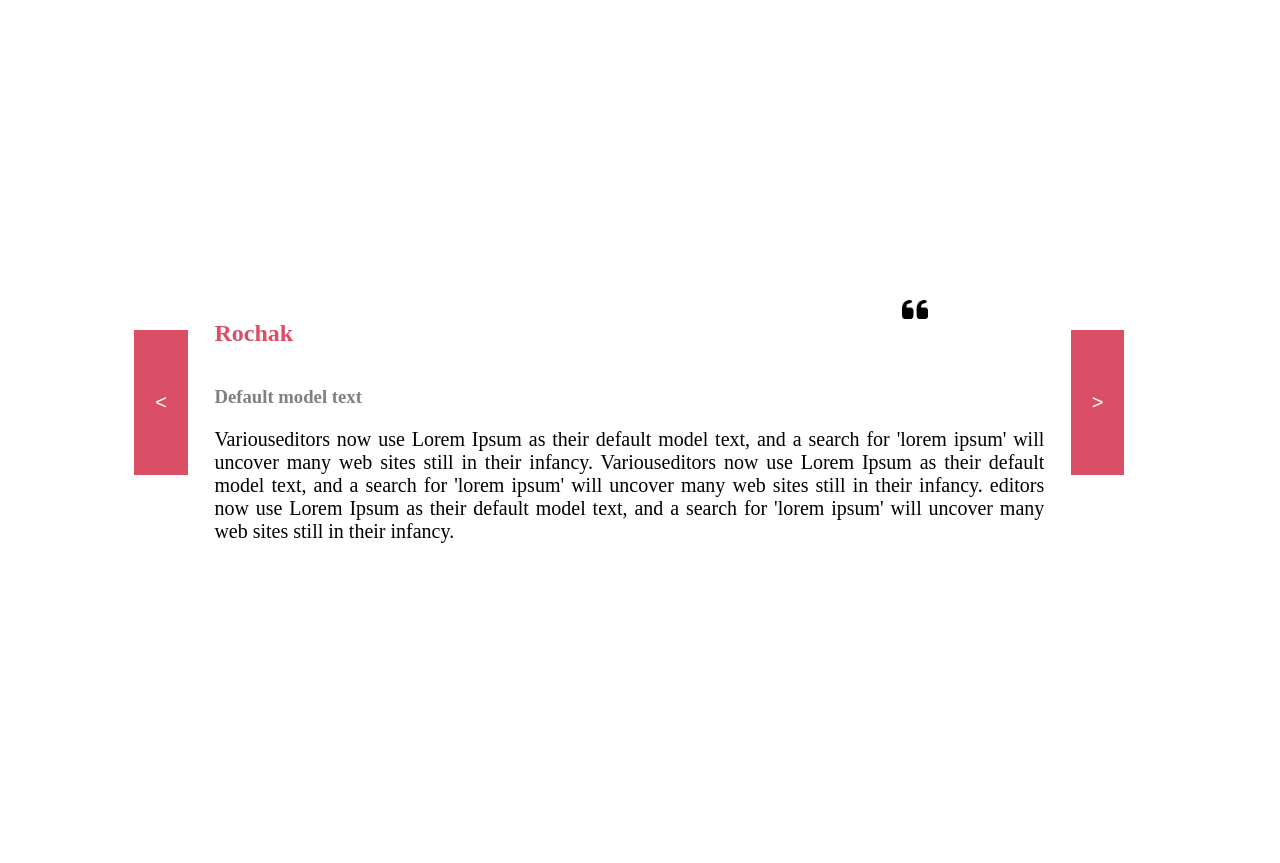
Repository: AVINKUMARP/gifts
Page: demo2.html
These files come from the project's save history. The page is drawn as it stood at one moment and after the next save; the edit follows.
The browser window is 1280 px wide. The pictures show the whole page.

Above is the page before, as saved 2023-08-24 14:09:10.

### demo2.html
<!DOCTYPE html>
<html lang="en">
<head>
    <meta charset="UTF-8">
    <meta name="viewport" content="width=device-width, initial-scale=1.0">
    <title>Document</title>
    <style>
        .container{
            display: flex;
            flex-wrap: wrap;
            text-align: center;
            margin: 300px 100px;
        }
        .cbutl{
            width: 10%;
        }
        .cpara{
            width: 78%;
        }
        .cbutr{
            width: 10%;
        }
        .csub{
            display: flex;
            flex-wrap: wrap;
            justify-content: space-between;
        }
        .cbutl button{
            background-color: #db4f66;
            color: white;
            border:1px solid #db4f66;
            padding: 60px 20px;
            font-size: 20px;
        }
        .cbutl{
            padding-top: 30px;
        }
        .csub h2{
            text-align: start;

        }
        .ch h2{
            color:#db4f66;
        }
        .cpara h3{
            color:gray;
        }
        .cpara h3{
            text-align: start;
        }
        .cpara p{
            text-align: justify;
            font-size: 20px;
        }
    </style>
</head>
<body>
    <div class="container">
        <div class="cbutl"><button><</button></div>
        <div class="cpara">
            <div class="csub">
                <div class="ch"><h2>Rochak</h2>
                </div>
                <div class="cicon"><img src="./images/icon.png" alt="loading..." width="10%"></div>
            </div>
            <h3>Default model text</h3>
            <p>Variouseditors now use Lorem Ipsum as their default model text, and a search for 'lorem ipsum' will uncover many web sites still in their infancy. Variouseditors now use Lorem Ipsum as their default model text, and a search for 'lorem ipsum' will uncover many web sites still in their infancy. editors now use Lorem Ipsum as their default model text, and a search for 'lorem ipsum' will uncover many web sites still in their infancy.</p>
        </div>
        <div class="cbutl"><button>></button></div>
    </div>
</body>
</html>

After the next save:
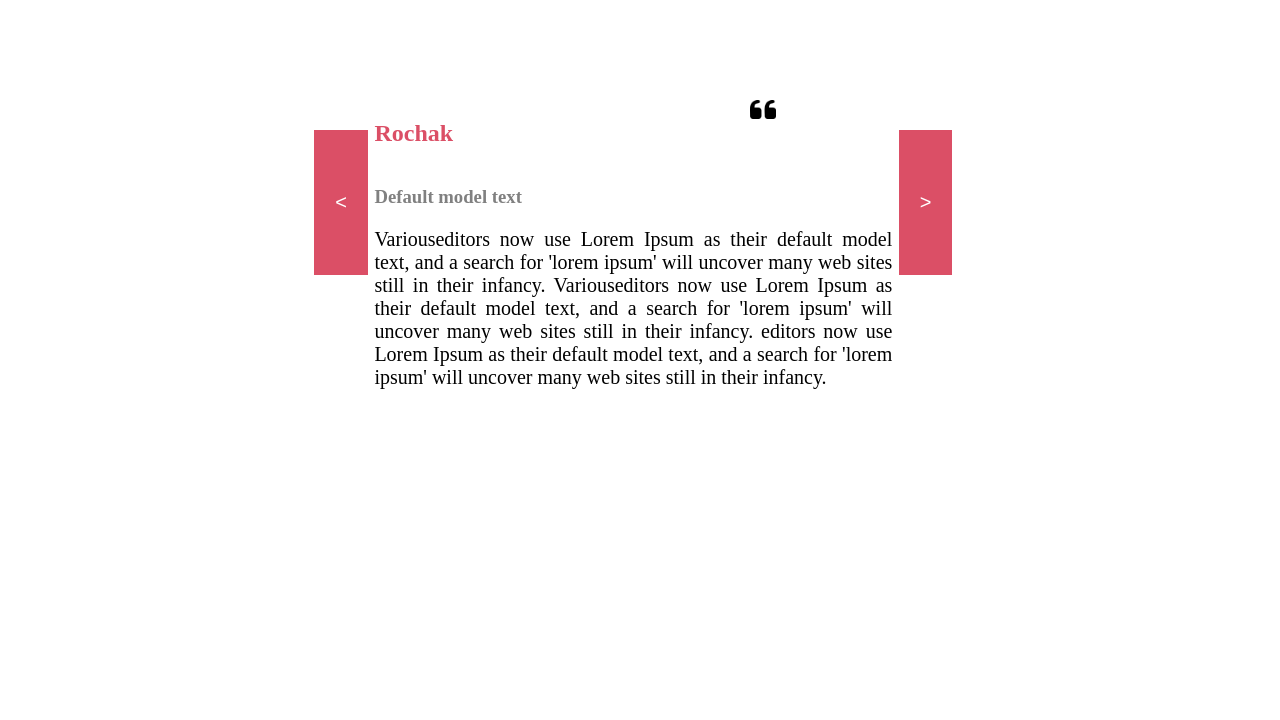
Saved 14 s later.
--- a/demo2.html
+++ b/demo2.html
@@ -9,7 +9,7 @@
             display: flex;
             flex-wrap: wrap;
             text-align: center;
-            margin: 300px 100px;
+            margin: 100px 300px;
         }
         .cbutl{
             width: 10%;
